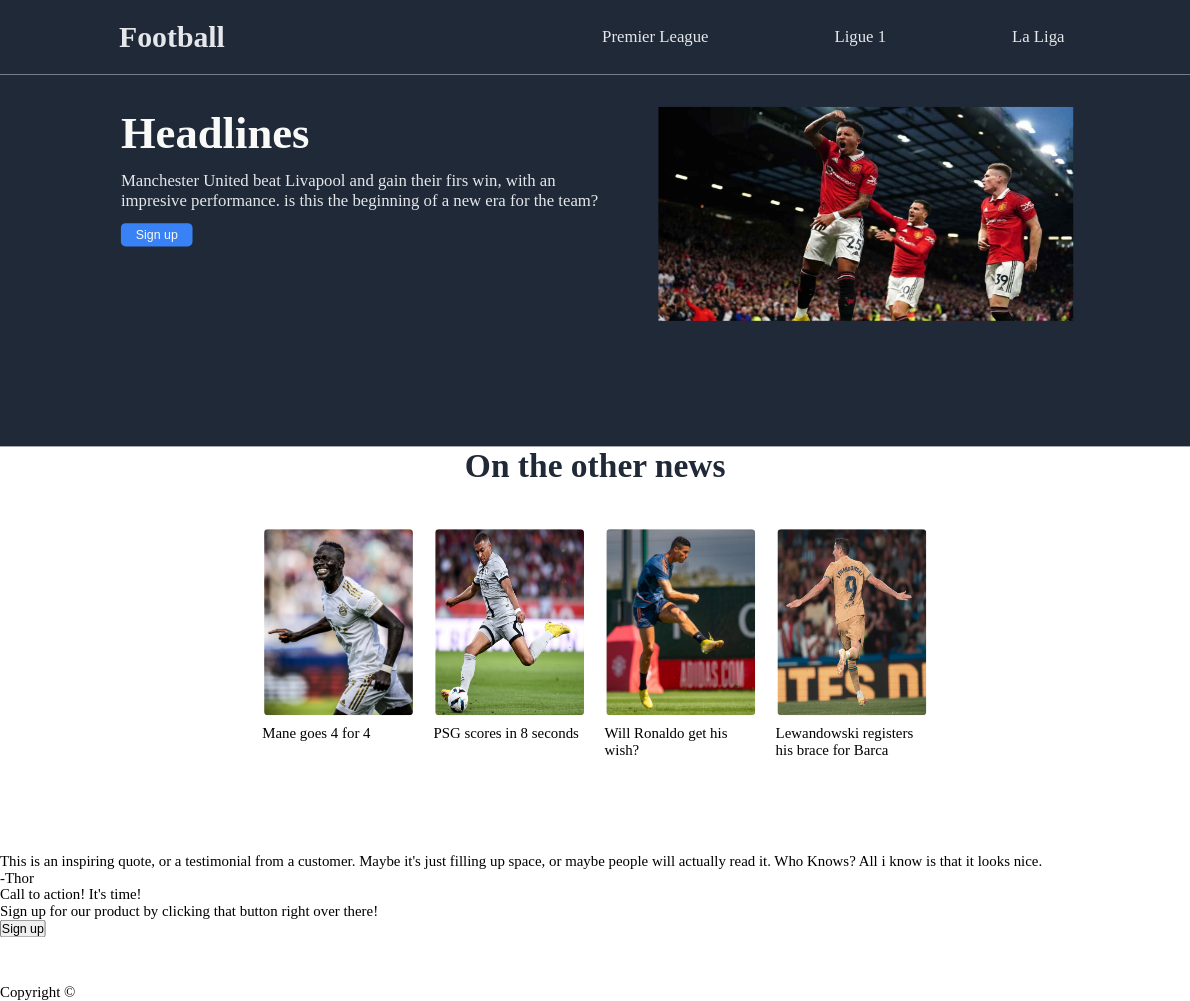
Repository: MhlengiNgubane/Brainnest_CSS
Page: index.html
These files come from the project's save history. The page is drawn as it stood at one moment and after a run of saves; the edit follows.
The browser window is 1280 px wide. The pictures show the whole page, at 93% of full size.

Above is the page before, as saved 2022-08-28 00:35:11.

After the next 6 saves:
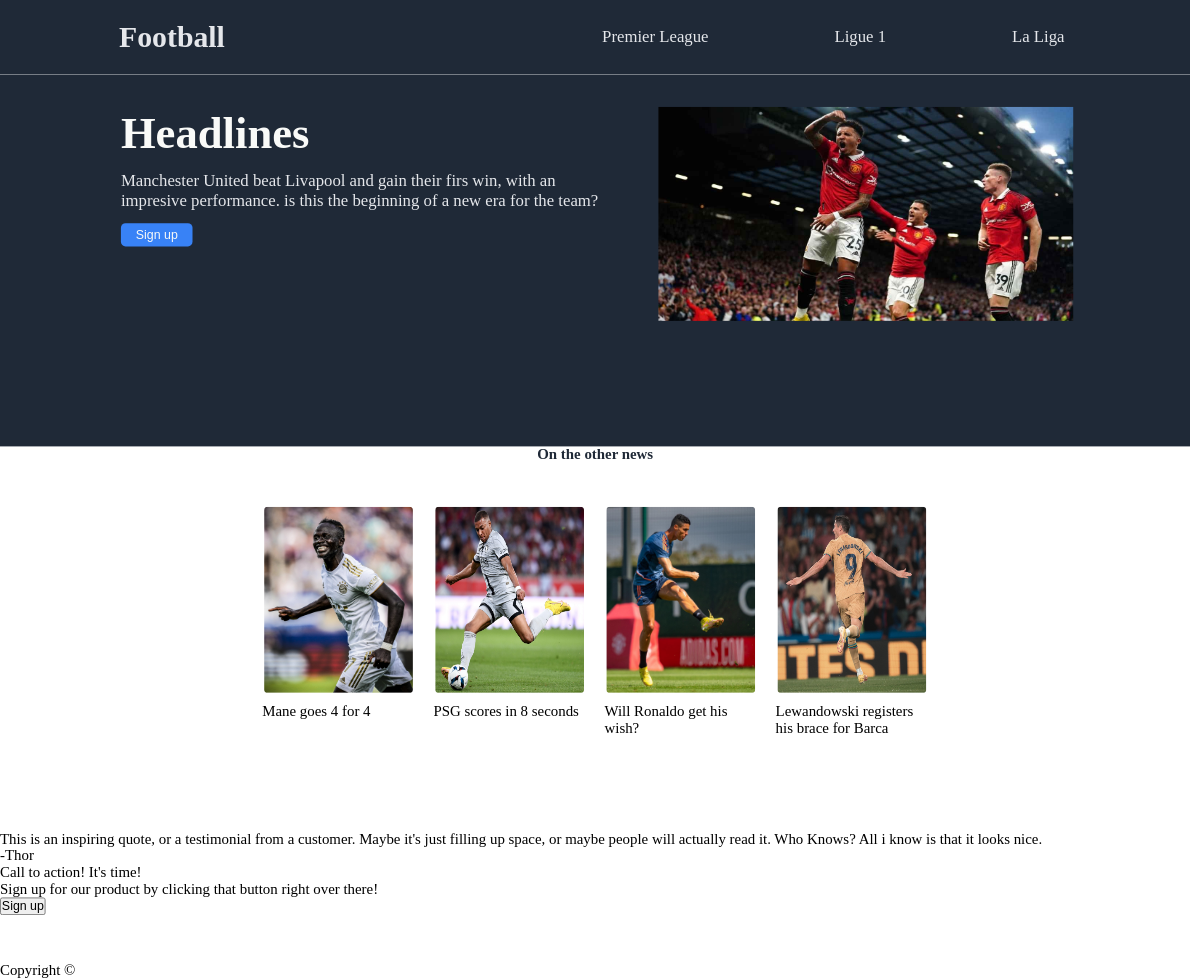
The 6 saves are shown as one change because they came seconds apart.
The last was saved 4 min 37 s later.
--- a/css/style.css
+++ b/css/style.css
@@ -86,6 +86,7 @@
 .main-header {
     color: #1F2937;
     text-align: center;
+    margin:
     font-size: 36px;
 }
 .images {
